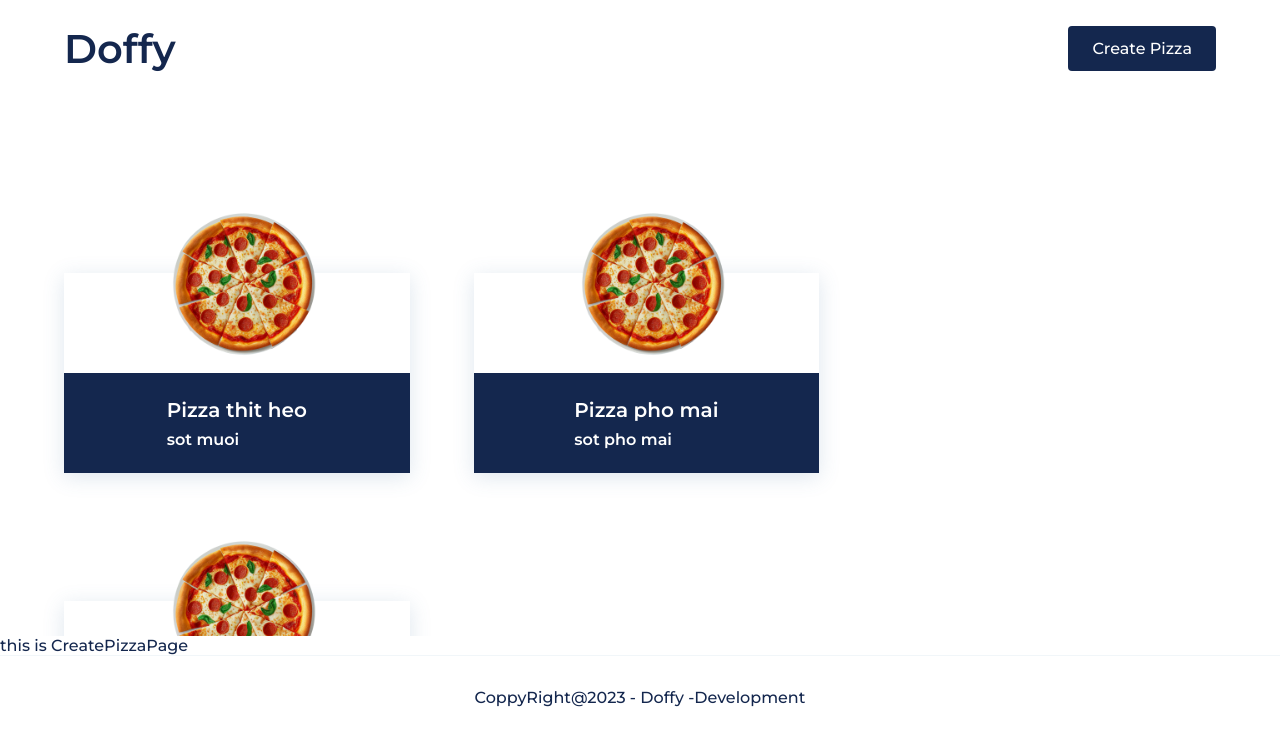
Repository: 16-Doffy/Pizza-Store
Page: /
The author's editor kept a copy of each file at every save. The page is drawn from the files as they stood at one save, then again after the next save.
The browser window is 1280 px wide. The pictures show the whole page.
An inner scrolling area shows only its first screen. The project was rebuilt for these pictures with package versions that can differ from the ones it lists, and the page was loaded fresh each time. Also part of the build but not shown: webpack.config.js.

Above is the page before, as saved 2025-02-06 23:29:13.

### src/App.tsx
import React from "react";
import "./index.css";
import Header from "./layout/Header";
import Footer from "./layout/Footer";
import CreatePizzaPage from "./pages/CreatePizzaPage";
import HomePage from "./pages/HomePage";

function App() {

  return (
    <div className="App">
    <Header />
    <HomePage />
    <CreatePizzaPage />
    <Footer />

    </div>
  );
}

export default App;

### src/index.css
@import url("https://fonts.googleapis.com/css2?family=Montserrat:ital,wght@0,300;0,500;0,600;1,300;1,500;1,600&display=swap");

html {
  font-family: "Montserrat", sans-serif;
}

body {
  padding: 0;
  margin: 0;
  box-sizing: border-box;
}

div {
  color: #14274e;
}

.flex-basic-between {
  display: flex;
  justify-content: space-between;
  align-items: center;
}

/* Button */
.btn-main {
  cursor: pointer;
  background: #14274e;
  color: #fff;
  padding: 0.8rem 1.5rem;
  border-radius: 4px;
}

.btn-main:hover {
  background: #394867;
}
/* Button */

.wrapper-card-items {
  display: flex;
  column-gap: 4rem;
  flex-wrap: wrap;
  row-gap: 8rem;
  padding-top: 7rem;
}

.card-items {
  width: 30%;
  height: 200px;
  box-shadow: 0px 4px 20px 0px rgba(72, 119, 159, 0.18);
  position: relative;
  cursor: pointer;
}

.card-image-pizza {
  width: 200px;
  position: absolute;
  top: -90px;
  left: 22.5%;
}

.card-content {
  display: flex;
  align-items: center;
  justify-content: center;
  height: 50%;
  background: #14274e;
}

/* Text field */
.text-field {
  padding: 0.8rem 1rem;
  background: #f5f5f5;
  border: none;
  outline: none;
  color: #14274e;
  border-radius: 4px;
}

input {
  font-family: "Montserrat", sans-serif;
}
/* Text field */

/* Loading Spinner */
.lds-ring {
  display: inline-block;
  position: relative;
  width: 80px;
  height: 80px;
}
.lds-ring div {
  box-sizing: border-box;
  display: block;
  position: absolute;
  width: 64px;
  height: 64px;
  margin: 8px;
  border: 8px solid #14274e;
  border-radius: 50%;
  animation: lds-ring 1.2s cubic-bezier(0.5, 0, 0.5, 1) infinite;
  border-color: #14274e transparent transparent transparent;
}
.lds-ring div:nth-child(1) {
  animation-delay: -0.45s;
}
.lds-ring div:nth-child(2) {
  animation-delay: -0.3s;
}
.lds-ring div:nth-child(3) {
  animation-delay: -0.15s;
}
@keyframes lds-ring {
  0% {
    transform: rotate(0deg);
  }
  100% {
    transform: rotate(360deg);
  }
}
/* Loading Spinner */

### src/layout/Header.tsx
import React from "react";

const Header = () => {
  return (
    <div className="flex-basic-between" style={{ padding: "1.5rem 4rem" }}>
      <div style={{ fontSize: "40px", fontWeight: 600 }}>Doffy</div>
      <div className="btn-main">Create Pizza</div>
    </div>
  );
};

export default Header;

### src/layout/Footer.tsx
import React from 'react';

const Footer = () => {
    return (
        <div
        style={{textAlign:'center', padding:'2rem 0', borderTop:'1px solid #f1f6f9'}}>
            CoppyRight@2023 - Doffy -Development
        </div>
    );
};

export default Footer;

### src/pages/CreatePizzaPage.tsx
import React from 'react';

const CreatePizzaPage = () => {
    return (
        <div>
            this is CreatePizzaPage
        </div>
    );
};

export default CreatePizzaPage;

### src/pages/HomePage.tsx
import React, { useState } from "react";
import CardPizza from "../sections/CardPizza";
import { Pizza } from "../models/Pizza.model";
import ItemPizza from "../sections/ItemPizza";

const HomePage = () => {

    const [pizzas, setPizzas] = useState<Pizza[]>([
      {id: 1, title: 'Pizza thit heo', description:' sot muoi'},
      {id: 2, title: 'Pizza pho mai', description:' sot pho mai'},
      {id: 3, title: 'Pizza hai san', description:' sot hai san'},
    ]);
    // const [person, setPerson] = useState<Pizza> ({
    //     title:'Doffy',
    //     description:'Lap trinh vien'
    // });
    // const handleChangePerson = (data:Pizza) =>{
    //     setPerson(data);
    // }
    const hanldeRemovePizza = (id: number) =>{
        const indexPizza = pizzas.findIndex(item => item.id === id);
        let newPizza = [...pizzas];
        newPizza.splice(indexPizza, 1);
        setPizzas(newPizza);
    }
  return (
    <div style={{ height: "calc(100vh - 309px)", padding: "4rem 4rem", overflow: "auto" }}>
      <div className="wrapper-card-items">
      {
  pizzas.map(item => (
    <CardPizza key={item.id} id={item.id} title={item.title} description={item.description} hanldeRemovePizza={hanldeRemovePizza}/>
  ))
}
      </div>
      <br />
    </div>
  );
};

export default HomePage;

### src/sections/CardPizza.tsx
import React from "react";
import { Pizza } from "../models/Pizza.model";
type Props = Pizza & {
    hanldeRemovePizza: (id: number) => void
};
const CardPizza = ({
    id,
     title,
      description,

     }: Props) => {
  return (
    <div  className="card-items" onClick={() => hanldeRemovePizza(id!)}>
      <img src="/pizza.png" alt="pizza" className="card-image-pizza " />
      <div style={{ height: "50%", width: "100%" }}></div>
      <div className="card-content">
        <div>
          <div style={{ fontSize: "20px", fontWeight: 600, color: "#fff" }}>
            {title}
          </div>
          <div
            style={{
              fontSize: "16px",
              fontWeight: 600,
              color: "#fff",
              marginTop: "0.5rem",
            }}
          >
            {description}
          </div>
        </div>
      </div>
    </div>
  );
};

export default CardPizza;

Loaded but not shown: public/index.html (common file); src/index.tsx (common file)

After the next save:
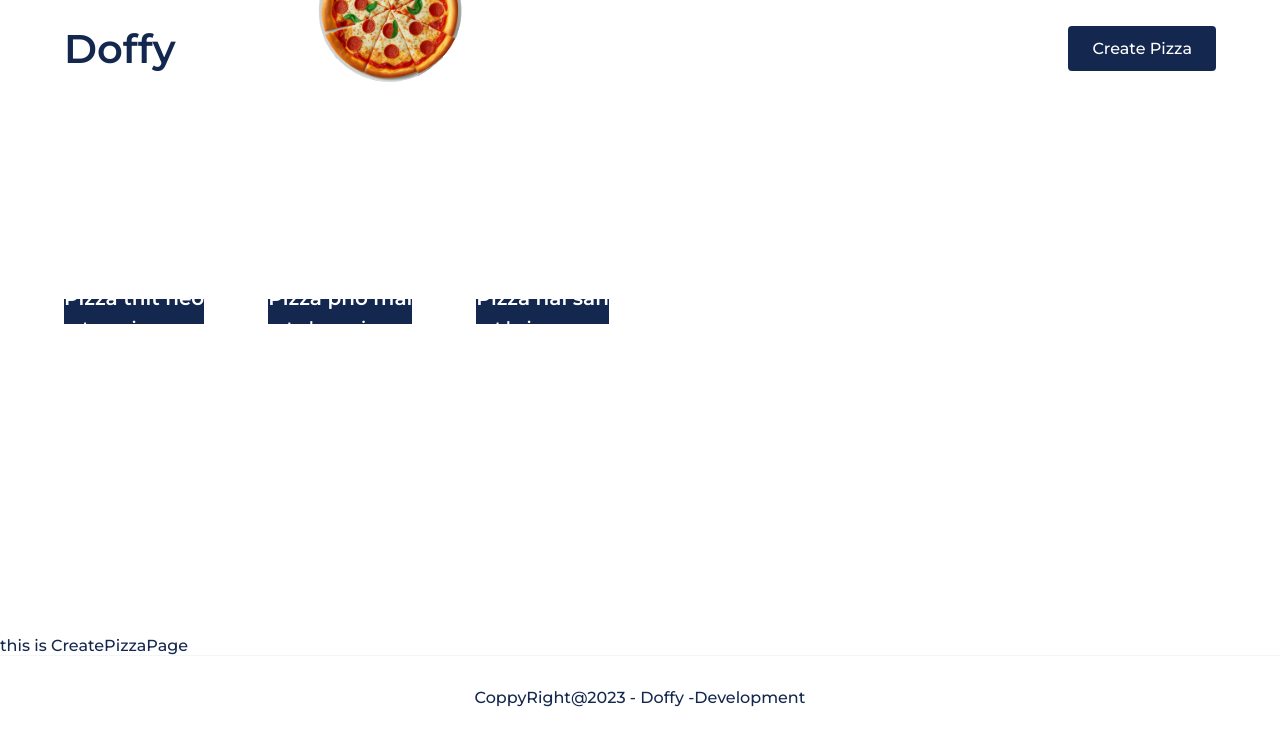
Saved 10 s later.
--- a/src/sections/CardPizza.tsx
+++ b/src/sections/CardPizza.tsx
@@ -10,7 +10,7 @@
 
      }: Props) => {
   return (
-    <div  className="card-items" onClick={() => hanldeRemovePizza(id!)}>
+    <div >
       <img src="/pizza.png" alt="pizza" className="card-image-pizza " />
       <div style={{ height: "50%", width: "100%" }}></div>
       <div className="card-content">

After the save that followed:
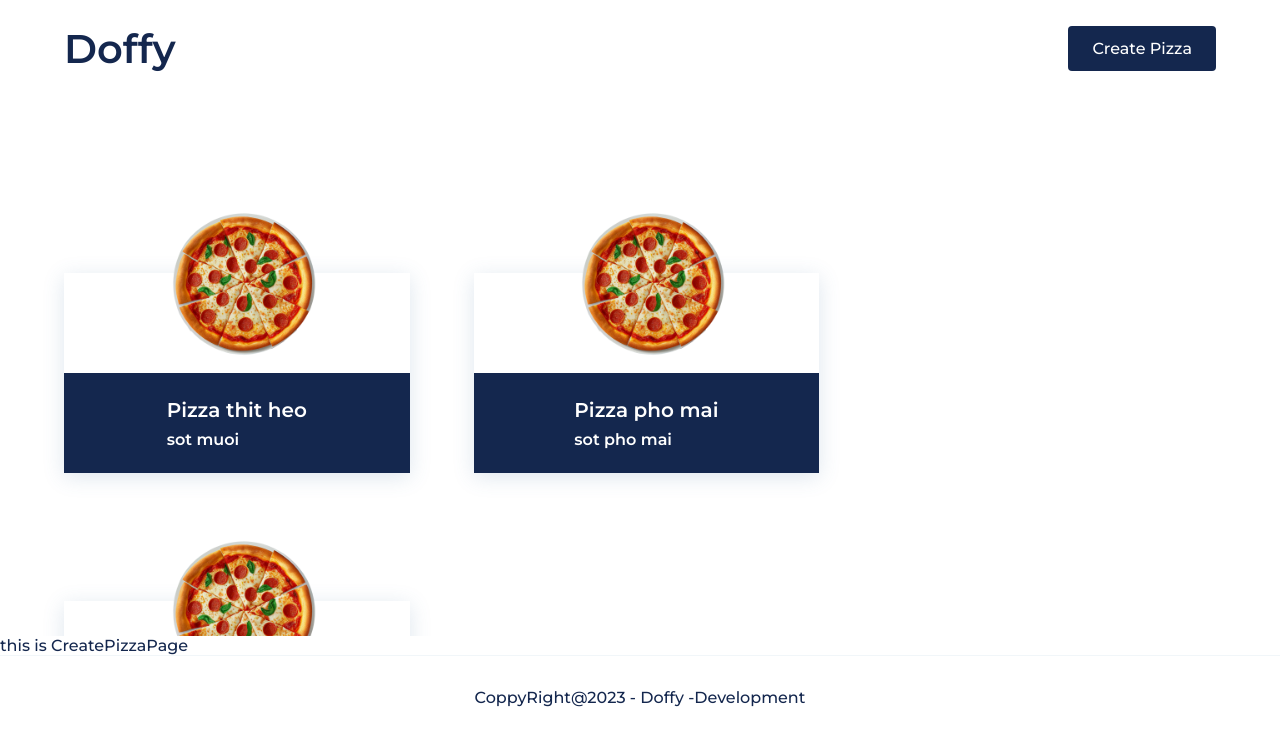
Saved 14 s later.
--- a/src/sections/CardPizza.tsx
+++ b/src/sections/CardPizza.tsx
@@ -10,7 +10,7 @@
 
      }: Props) => {
   return (
-    <div >
+    <div  className="card-items" onClick={() => hanldeRemovePizza(id!)}>
       <img src="/pizza.png" alt="pizza" className="card-image-pizza " />
       <div style={{ height: "50%", width: "100%" }}></div>
       <div className="card-content">
